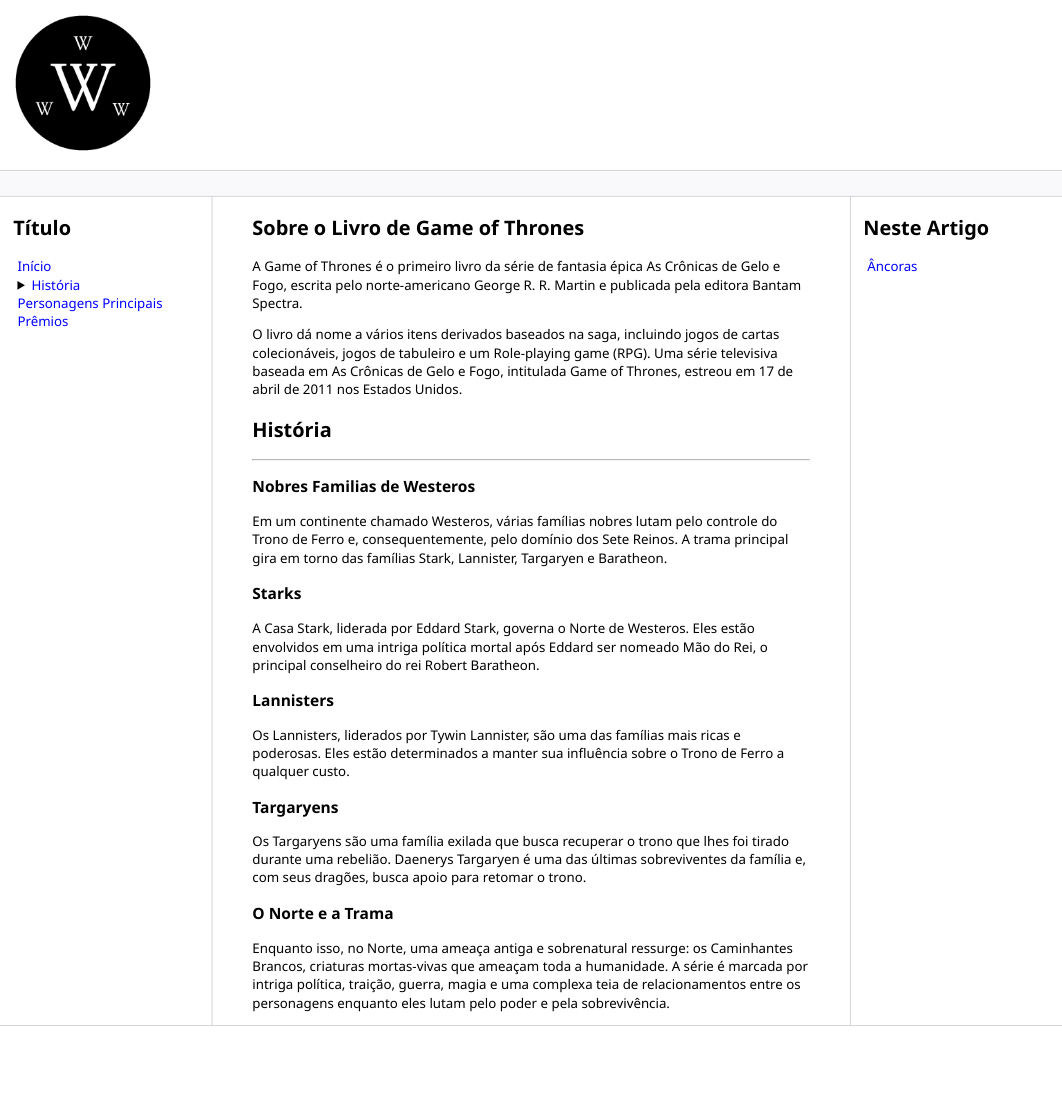
Repository: gustavotwist/projeto-w-wikipedia
Page: index.html
The author's editor kept a copy of each file at every save. The page is drawn from the files as they stood at one save, then again after the next save.
The browser window is 1280 px wide. The pictures show the whole page, at 83% of full size.

Above is the page before, as saved 2024-05-01 11:52:29.

After the next save:
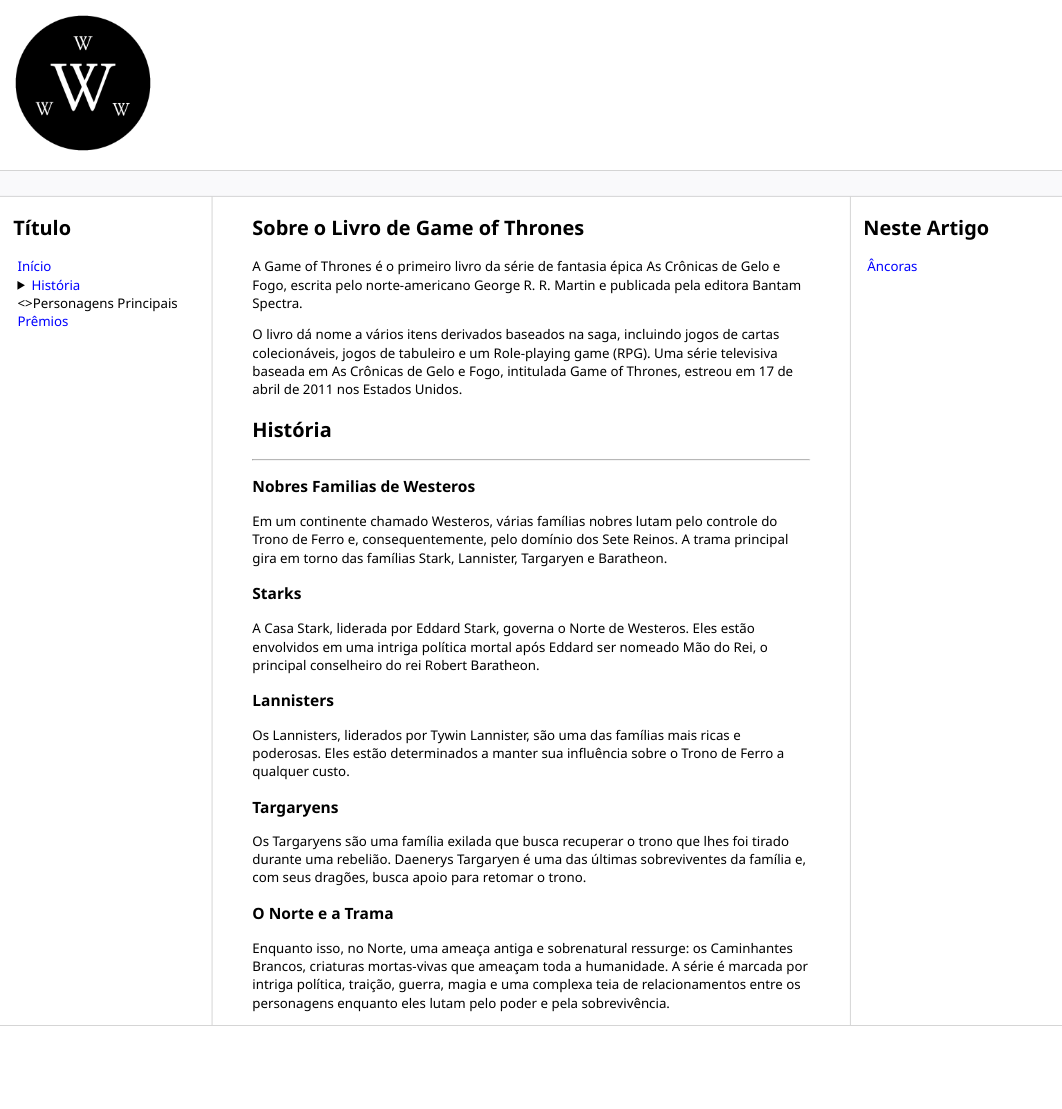
Saved 4 s later.
--- a/index.html
+++ b/index.html
@@ -29,7 +29,7 @@
                             <li><a href="#">Targaryens</a></li>
                             <li><a href="#">O Norte e a Trama</a></li>
                     </details>
-                    <li></li><a href="#">Personagens Principais</a></li></li>
+                    <></<a href="#">Personagens Principais</a></li></li>
                 <li><a href="#">Prêmios</a></li>
             </ul>
         </nav>

After the save that followed:
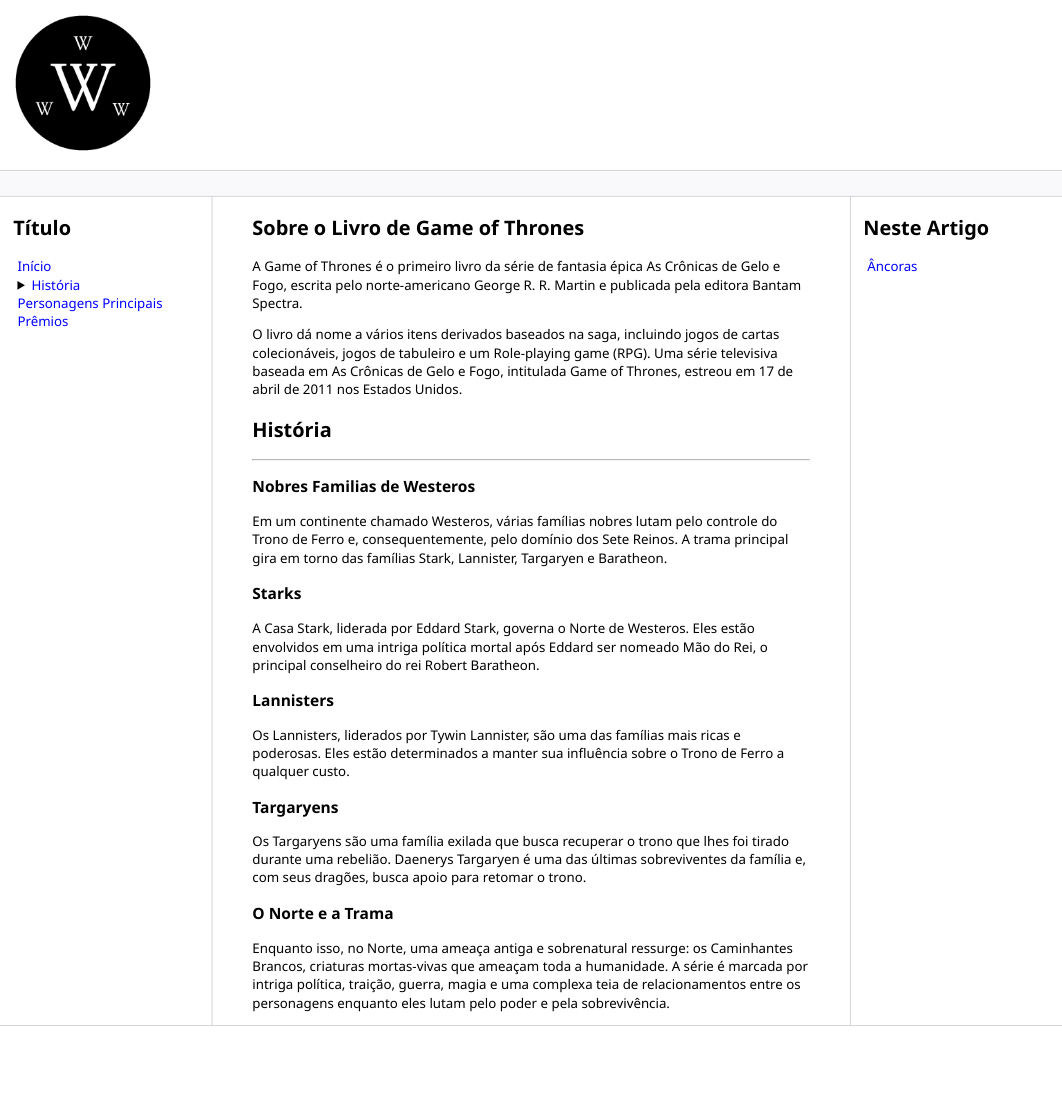
Saved 5 s later.
--- a/index.html
+++ b/index.html
@@ -29,7 +29,7 @@
                             <li><a href="#">Targaryens</a></li>
                             <li><a href="#">O Norte e a Trama</a></li>
                     </details>
-                    <></<a href="#">Personagens Principais</a></li></li>
+                    <li></li><a href="#">Personagens Principais</a></li></li>
                 <li><a href="#">Prêmios</a></li>
             </ul>
         </nav>
